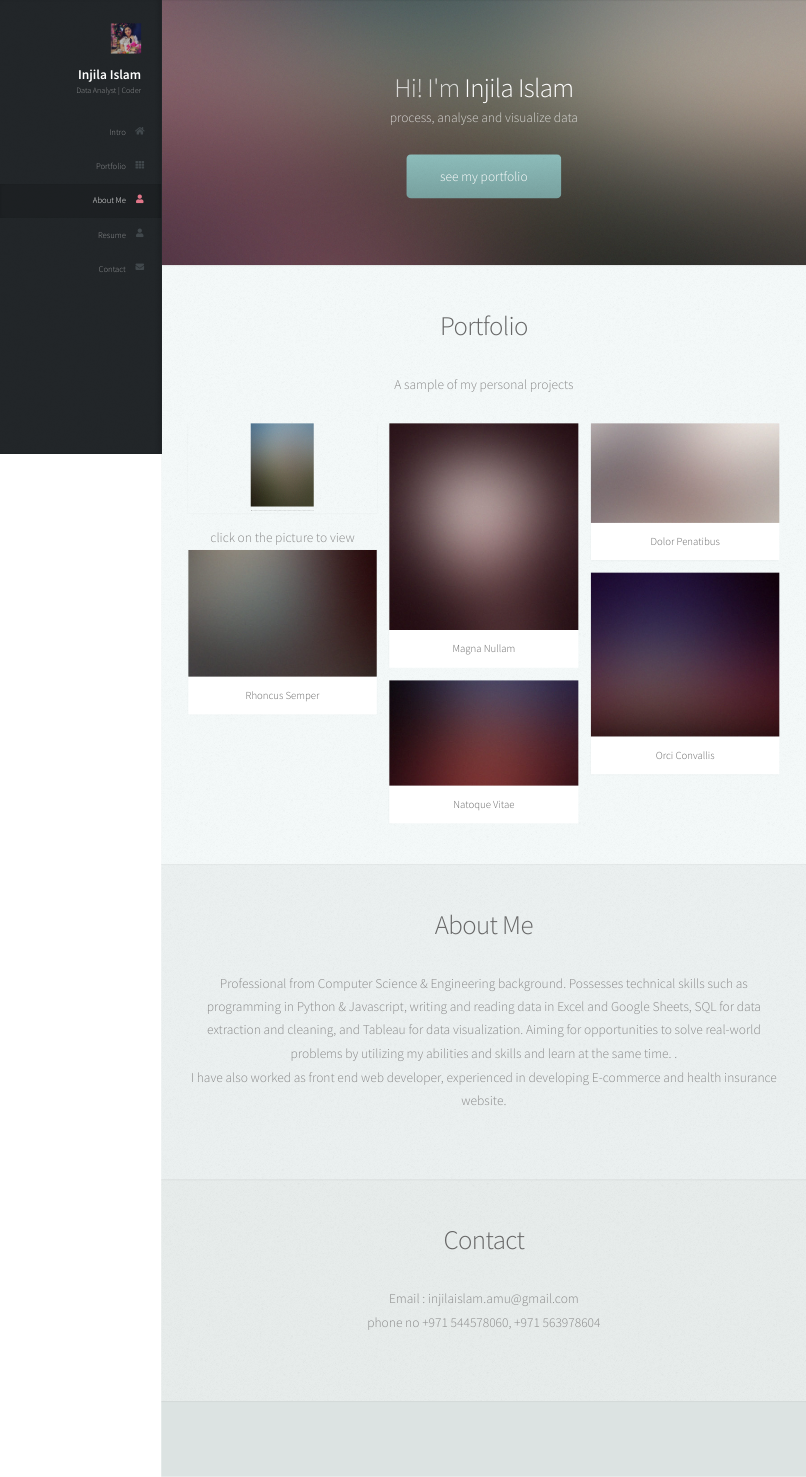
Repository: IslamInjila/new_portfolio
Page: index.html
An editor plug-in stored every save of this project. The page is shown before and after the next save, followed by the edit.
The browser window is 1280 px wide. The pictures show the whole page, at 63% of full size.

Above is the page before, as saved 2021-03-06 17:13:51.

After the next save:
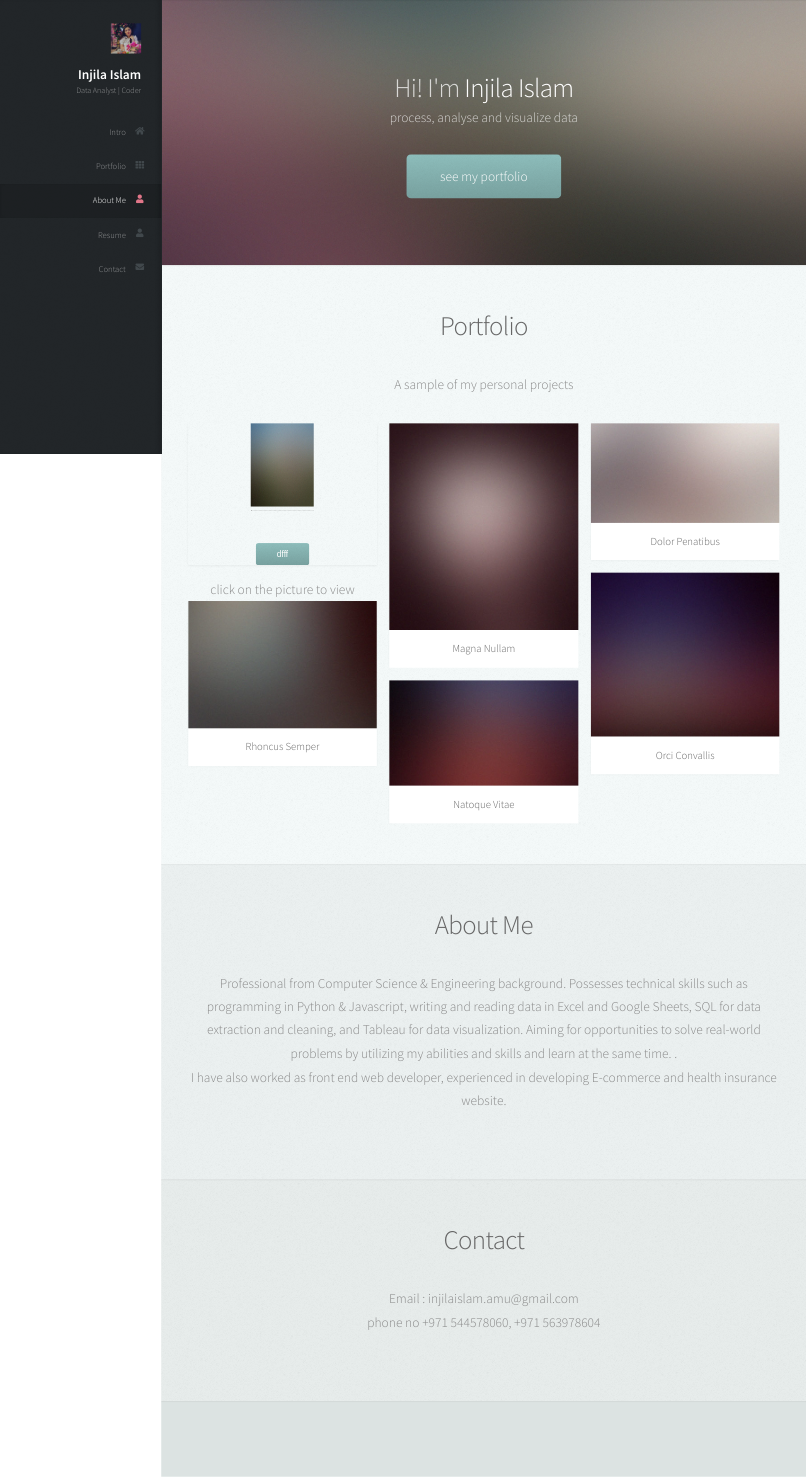
Saved 57 s later.
--- a/index.html
+++ b/index.html
@@ -93,7 +93,7 @@
 										<p><a href="https://www.w3schools.com">
 											<img src="images/pic02.jpg" alt="W3Schools.com" width="100" height="132">
 											</a></p>
-
+											<button> dfff</button>
 									</article>
 								    click on the picture to view
 									<article class="item">
